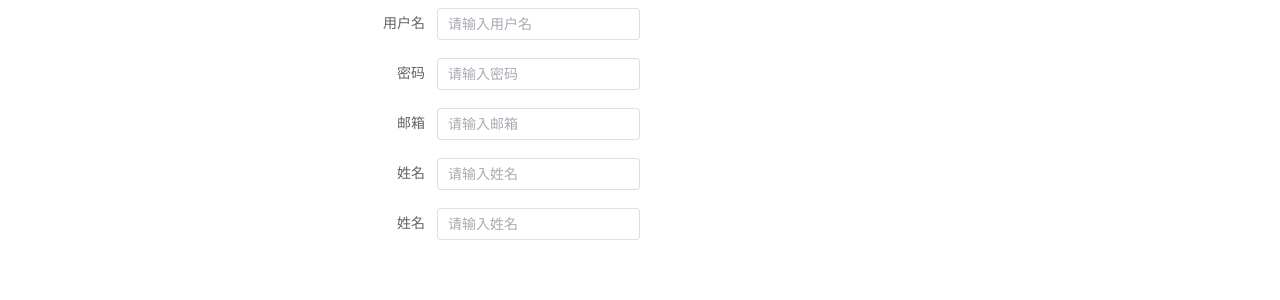
Repository: Mickey1216/yzkj_login_demo
Page: /register
An editor plug-in stored every save of this project. The page is shown before and after a run of saves, followed by the edit.
The browser window is 1280 px wide. The pictures show the whole page.
The project was rebuilt for these pictures with package versions that can differ from the ones it lists, and the page was loaded fresh each time. Also part of the build but not shown: vite.config.js, src/views/Login.vue.

Above is the page before, as saved 2023-07-04 14:38:34.

After the next 2 saves:
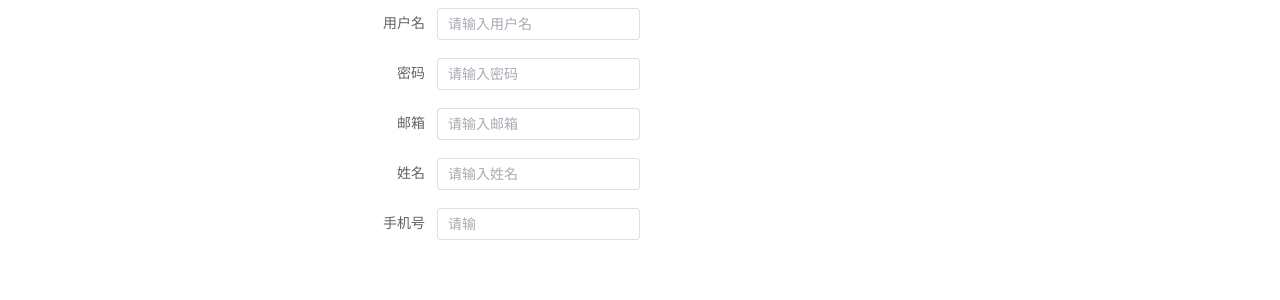
The 2 saves are shown as one change because they came seconds apart.
The last was saved 7 s later.
--- a/src/views/Register.vue
+++ b/src/views/Register.vue
@@ -12,8 +12,8 @@
     <el-form-item label="姓名">
       <el-input placeholder="请输入姓名" v-model="form.name"/>
     </el-form-item>
-    <el-form-item label="姓名">
-      <el-input placeholder="请输入姓名" v-model="form.name"/>
+    <el-form-item label="手机号">
+      <el-input placeholder="请输" v-model="form.name"/>
     </el-form-item>
   </el-form>
 </template>
